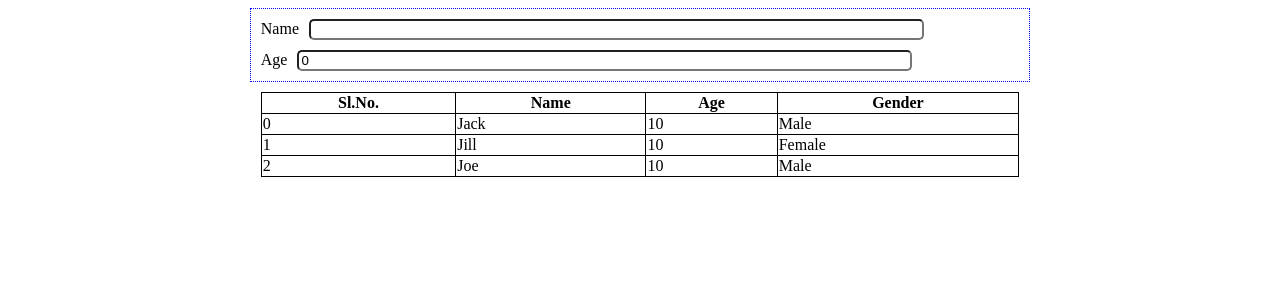
Repository: tysonpaul89/vue-student-crud
Page: /
These files come from the project's save history. The page is drawn as it stood at one moment and after the next save; the edit follows.
The browser window is 1280 px wide. The pictures show the whole page.
The project was rebuilt for these pictures with package versions that can differ from the ones it lists, and the page was loaded fresh each time.

Above is the page before, as saved 2020-04-10 17:36:27.

After the next save:
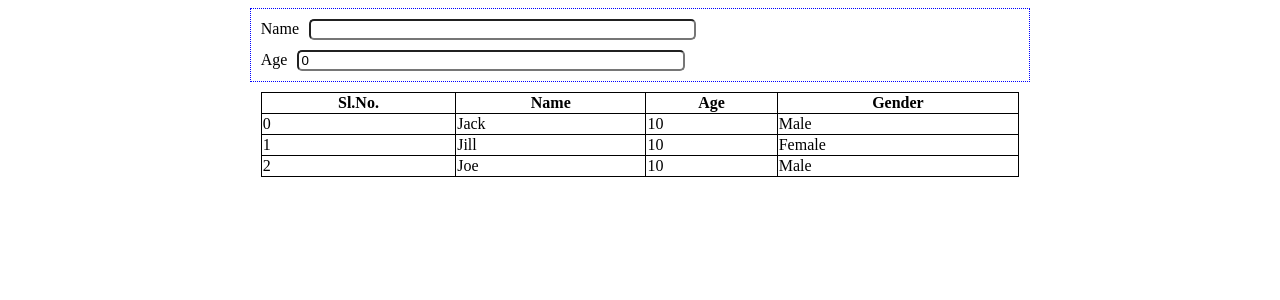
Saved 6 s later.
--- a/src/components/StudentForm.vue
+++ b/src/components/StudentForm.vue
@@ -48,6 +48,6 @@ export default {
 
 .form-group input {
   border-radius: 5px;
-  width: 80%;
+  width: 50%;
 }
 </style>
